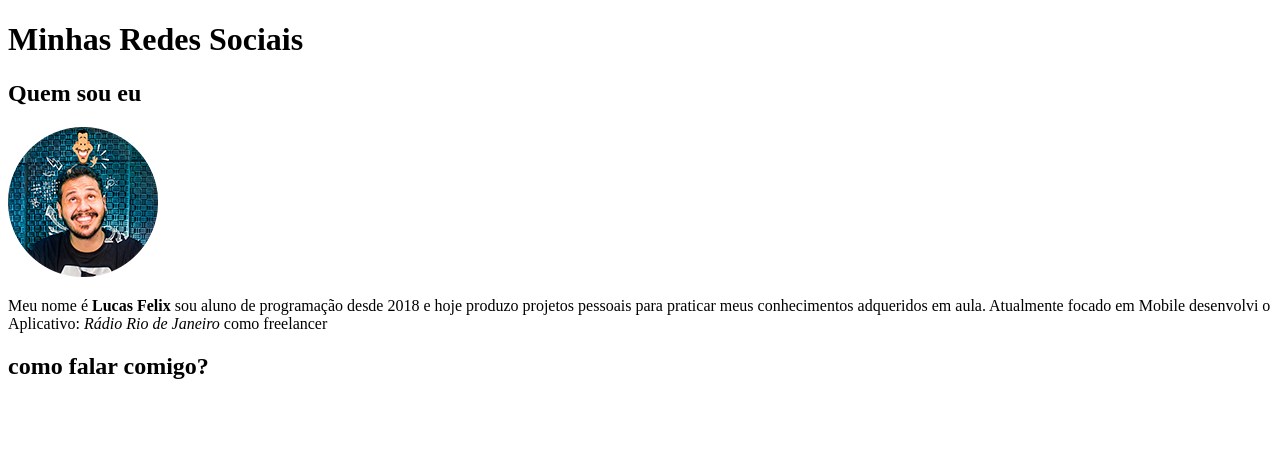
Repository: pheonix5/Estudo
Page: html-css/desafio/d005/index.html
The author's editor kept a copy of each file at every save. The page is drawn from the files as they stood at one save, then again after the next save.
The browser window is 1280 px wide. The pictures show the whole page.

Above is the page before, as saved 2023-08-02 20:05:47.

### html-css/desafio/d005/index.html
<!DOCTYPE html>
<html lang="pt-br">
<head>
  <meta charset="UTF-8">
  <meta name="viewport" content="width=device-width, initial-scale=1.0">
  <link rel="shortcut icon" href="imagens/favicon-32x32.png" type="image/x-icon">
  <title>Social</title>
</head>
<body>
  <h1>Minhas Redes Sociais</h1>
  <h2>Quem sou eu</h2>
  <img src="imagens/foto-perfil-guanabara.png" alt="Foto-Perfil">
  <p>Meu nome é <strong>Lucas Felix</strong> sou aluno de programação desde 2018 e hoje produzo projetos pessoais para praticar meus conhecimentos adqueridos em aula. Atualmente focado em Mobile desenvolvi o Aplicativo: <em>Rádio Rio de Janeiro</em> como freelancer</p>
  <h2>como falar comigo?</h2>
  </body>
</html>

After the next save:
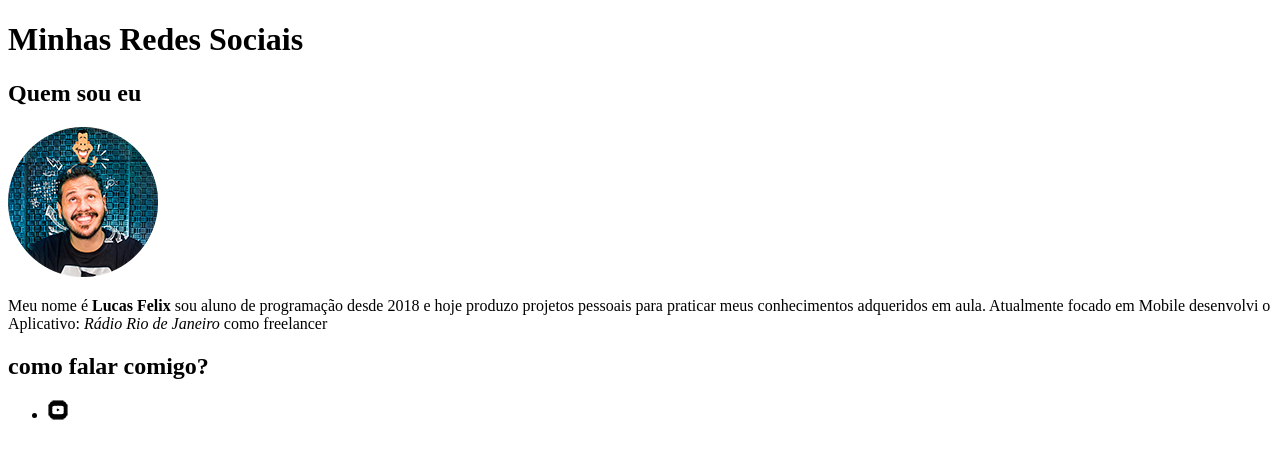
Saved 49 s later.
--- a/html-css/desafio/d005/index.html
+++ b/html-css/desafio/d005/index.html
@@ -12,5 +12,8 @@
   <img src="imagens/foto-perfil-guanabara.png" alt="Foto-Perfil">
   <p>Meu nome é <strong>Lucas Felix</strong> sou aluno de programação desde 2018 e hoje produzo projetos pessoais para praticar meus conhecimentos adqueridos em aula. Atualmente focado em Mobile desenvolvi o Aplicativo: <em>Rádio Rio de Janeiro</em> como freelancer</p>
   <h2>como falar comigo?</h2>
+  <ul>
+    <li><img src="imagens/icone-youtube.png" alt="icon-youtube"></li>
+  </ul>
   </body>
 </html>
